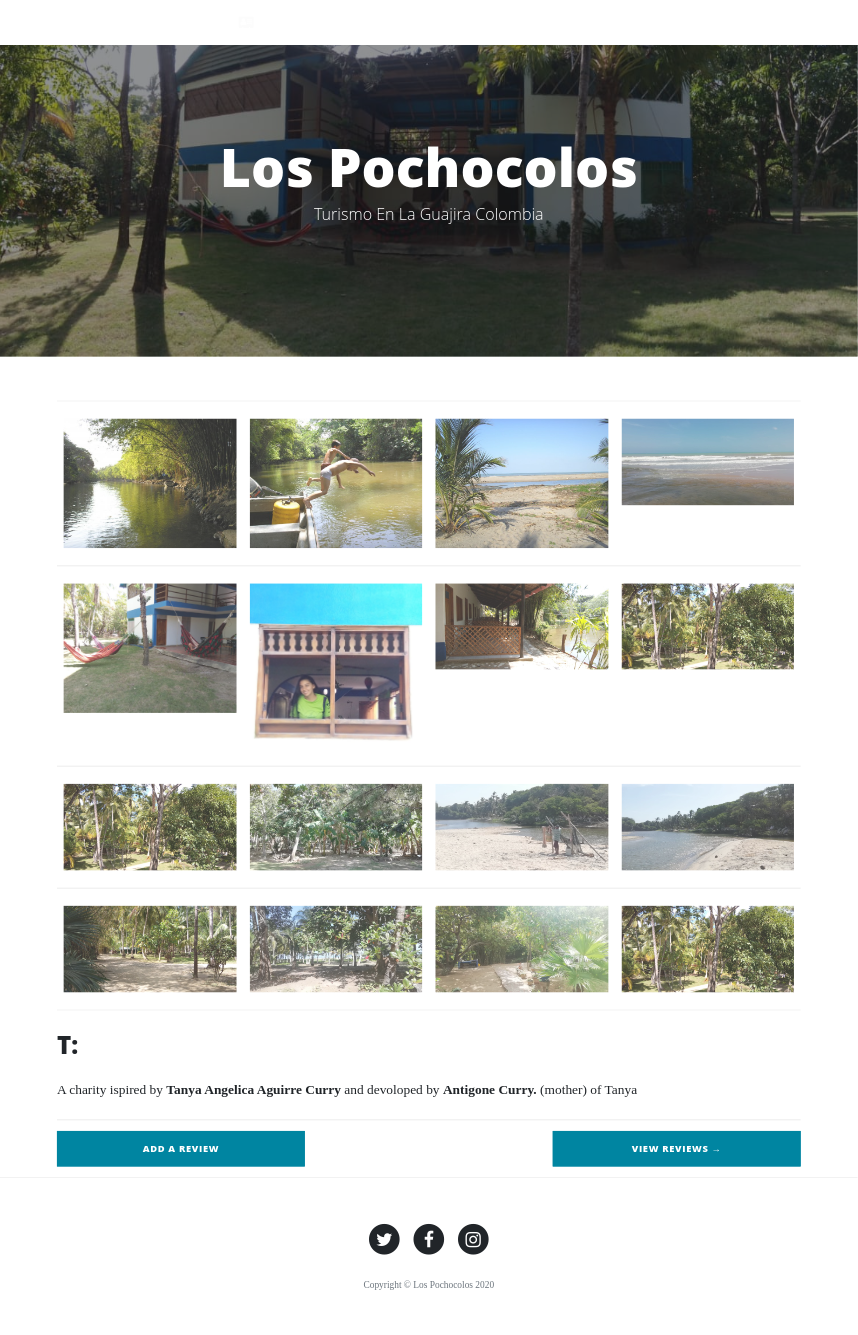
Repository: cachimiro/los-pochoclos
Page: http://localhost/
The author's editor kept a record of every edit. The page is drawn from the files as they stood at one moment, then again after a run of edits.
The browser window is 1280 px wide. The pictures show the whole page, at 67% of full size.
Some web libraries are served in a nearby version. The page is served by the project's application, run on Flask 3 (run.py). Other server files are loaded and not shown. Queries for data that is not in the repository find no rows.

Above is the page before.
Console error: ReferenceError: emailjs is not defined

### templates/index.html

{% extends 'base.html' %} {% block content %}
<style>

.column img {
  opacity: 0.8;
  cursor: pointer;
}

.column img:hover {
  opacity: 1;
}

/* The grid: Four equal columns that floats next to each other */
.column {
  float: left;
  width: 25%;
  padding: 10px;
  height: 25%;
}


/* Clear floats after the columns */
.row:after {
  content: "";
  display: table;
  clear: both;
}

/* The expanding image container */
.expand-image{
  position: relative;
 display:none;
}


/* Closable button inside the expanded image */
.close {
  position: absolute;
  top: 10px;
  right: 15px;
  color: white;
  font-size: 35px;
  cursor: pointer;
}
</style>
<div class="container">
<div class="row">
  {% for index in indexs %}
    <div class="col-sm-12 col-lg-12 col-md-12 ">
        <h3>{{ index.title }}</h3>
        <p>{{ index.subject }}</p>

     {% endfor %}
           </div>
        </div>
        <!--phtos for main house-->
        <hr>
        <div class="container">
                   <div class="row ">
  <div class="column">
    <img src="../static/img/rio-pochocolos.jpg" alt="river" style="width:100%" onclick="expandImage(this);" id="togle">
  </div>
  <div class="column">
    <img src="../static/img/tanya-johann-boat.jpg" alt="river" style="width:100%" onclick="expandImage(this);" id="togle-1">
  </div>
  <div class="column">
    <img src="../static/img/playa-1.jpg" alt="rooms" style="width:100%" onclick="expandImage(this);" id="togle-2">
  </div>
  <div class="column">
    <img src="../static/img-room/mar-1.jpg" alt="rooms" style="width:100%" onclick="expandImage(this);"id="togle-3">
  </div>
</div>
</div>
<div class="container expand-image">
  <span onclick="this.parentElement.style.display='none'" class="close">&times;</span>
  <img id="expandedImg" style="width:100%">
</div>
 <hr>
 <!-- photos for ac rooms-->
  <div class="container">
                   <div class="row ">
  <div class="column">
    <img src="../static/img/casa-amacas.jpg" alt="Amacas" style="width:100%" onclick="expandImageTwo(this);" id="togle-4">
  </div>
  <div class="column">
    <img src="../static/img/yaneli-cosina.jpg" alt="cosine" style="width:100%" onclick="expandImageTwo(this);" id="togle-5">
  </div>
  <div class="column">
    <img src="../static/img-room/cuartos-aira.jpg" alt="Aircon rooms" style="width:100%" onclick="expandImageTwo(this);" id="togle-6">
  </div>
  <div class="column">
    <img src="../static/img-room/vista-frente-casa.jpg" alt="Aircon rooms" style="width:100%" onclick="expandImageTwo(this);"id="togle-7">
  </div>
</div>
</div>
<div class="container expand-image">
  <span onclick="this.parentElement.style.display='none'" class="close">&times;</span>
  <img id="expandedImg-2" style="width:100%">
</div>
 <hr>
 <!--photos for cabin-->
  <div class="container">
                   <div class="row ">
  <div class="column">
    <img src="../static/img-room/vista-frente-casa.jpg" alt="birds" style="width:100%" onclick="expandImageThree(this);" id="togle-8">
  </div>
  <div class="column">
    <img src="../static/img-room/platanera.jpg" alt="cabin" style="width:100%" onclick="expandImageThree(this);" id="togle-9">
  </div>
  <div class="column">
    <img src="../static/img-room/pescador.jpg" alt="cabin" style="width:100%" onclick="expandImageThree(this);" id="togle-10">
  </div>
  <div class="column">
    <img src="../static/img-room/rio-playa.jpg" alt="cabin" style="width:100%" onclick="expandImageThree(this);"id="togle-11">
  </div>
</div>
</div>
<div class="container expand-image">
  <span onclick="this.parentElement.style.display='none'" class="close">&times;</span>
  <img id="expandedImg-3" style="width:100%">
</div>
 <hr>
 <!--photos for camping-->
 <div class="container">
                   <div class="row ">
  <div class="column">
    <img src="../static/img-room/vista.jpg" alt="Cabin" style="width:100%" onclick="expandImageFour(this);" id="togle-12">
  </div>
  <div class="column">
    <img src="../static/img-room/vista-al-mar.jpg" alt="cabin" style="width:100%" onclick="expandImageFour(this);" id="togle-13">
  </div>
  <div class="column">
    <img src="../static/img-room/vista-al-rio.jpg" alt="cabin" style="width:100%" onclick="expandImageFour(this);" id="togle-14">
  </div>
  <div class="column">
    <img src="../static/img-room/vista-frente-casa.jpg" alt="cabin" style="width:100%" onclick="expandImageFour(this);"id="togle-15">
  </div>
</div>
</div>
<div class="container expand-image">
  <span onclick="this.parentElement.style.display='none'" class="close">&times;</span>
  <img id="expandedImg-4" style="width:100%">
</div>
 <hr>

 <!--charity -->
        <div class="post-preview">
            <a href="{{ url_for('charity') }}">
                <h2 class="post-title">
                    T: </h2><p>  A charity ispired by <strong>Tanya Angelica Aguirre Curry</strong> and devoloped by <strong>Antigone Curry.</strong>
                    (mother) of Tanya</p>


        <hr>


        <!-- Pager -->
        <div class="clearfix">
            <a class="btn btn-primary float-right col-sm-6 col-md-4 col-lg-4" href="{{url_for('get_reviews')}} ">view reviews &rarr;</a>
            <a class="btn btn-primary float-left col-sm-6 col-md-4 col-lg-4" href="{{url_for('add_review')}}">Add a review</a>
        </div>
    </div>
</div>
<script>
// for the image galery
// for main rooms
function expandImage(imgs) {
  var expandImg = document.getElementById("expandedImg");
  expandImg.src = imgs.src;
  expandImg.parentElement.style.display = "block";

}
$("#togle").click(function (){
  $("#expandedImg").toggle()
});
$("#togle-1").click(function (){
  $("#expandedImg").toggle()
});
$("#togle-2").click(function (){
  $("#expandedImg").toggle()
});
$("#togle-3").click(function (){
  $("#expandedImg").toggle()
});
// photos for ac rooms
function expandImageTwo(imgs) {
  var expandImgTwo = document.getElementById("expandedImg-2");
  expandImgTwo.src = imgs.src;
  expandImgTwo.parentElement.style.display = "block";
}
$("#togle-4").click(function (){
  $("#expandedImg-2").toggle()
});
$("#togle-5").click(function (){
  $("#expandedImg-2").toggle()
});
$("#togle-6").click(function (){
  $("#expandedImg-2").toggle()
});
$("#togle-7").click(function (){
  $("#expandedImg-2").toggle()
});
// photos for cabin
function expandImageThree(imgs) {
  var expandImgThree = document.getElementById("expandedImg-3");
  expandImgThree.src = imgs.src;
  expandImgThree.parentElement.style.display = "block";
}
$("#togle-8").click(function (){
  $("#expandedImg-3").toggle()
});
$("#togle-9").click(function (){
  $("#expandedImg-3").toggle()
});
$("#togle-10").click(function (){
  $("#expandedImg-3").toggle()
});
$("#togle-11").click(function (){
  $("#expandedImg-3").toggle()
});
function expandImageFour(imgs) {
  var expandImgFour = document.getElementById("expandedImg-4");
  expandImgFour.src = imgs.src;
  expandImgFour.parentElement.style.display = "block";
}
$("#togle-12").click(function (){
  $("#expandedImg-4").toggle()
});
$("#togle-13").click(function (){
  $("#expandedImg-4").toggle()
});
$("#togle-14").click(function (){
  $("#expandedImg-4").toggle()
});
$("#togle-15").click(function (){
  $("#expandedImg-4").toggle()
});
// photos for camping
</script>
{% endblock %}

### templates/base.html
<!DOCTYPE html>
<html lang="en">
<head>
    <meta charset="UTF-8">
    <meta name="viewport" content="width=device-width, initial-scale=1.0">
    <meta http-equiv="X-UA-Compatible" content="ie=edge">
    <link href="https://stackpath.bootstrapcdn.com/font-awesome/4.7.0/css/font-awesome.min.css" rel="stylesheet" integrity="sha384-wvfXpqpZZVQGK6TAh5PVlGOfQNHSoD2xbE+QkPxCAFlNEevoEH3Sl0sibVcOQVnN" crossorigin="anonymous">
    <link href="{{ url_for('static', filename='vendor/bootstrap/css/bootstrap.min.css') }}" rel="stylesheet">
    <link rel="stylesheet" href="{{ url_for('static', filename='css/clean-blog.min.css') }}" type="text/css" />
    <link rel="stylesheet" href="{{ url_for('static', filename='css/style.css') }}" type="text/css" />
    <title>Los Pochocolos</title>
    <script type="text/javascript" src="https://cdn.jsdelivr.net/npm/emailjs-com@2.3.2/dist/email.min.js"></script>
<script type="text/javascript" src="//ajax.googleapis.com/ajax/libs/jquery/2.1.1/jquery.min.js"></script>

<script type="text/javascript" src="https://cdn.jsdelivr.net/npm/emailjs-com@2.3.2/dist/email.min.js"></script>
<script type="text/javascript">
   (function(){
      emailjs.init("user_UmSeo27b55xmNHfUBgKB0");
   })();
</script>
</head>
<body>
    <style>
    /*for login icon*/
        #staff{
            color:#fafafa;
            font-size:20px;
            opacity: 0.5;
            cursor:pointer;
        }
        #staff:hover{
           opacity: 1;
        }
        @media only screen and (max-width: 800px) {
    #staff{
    color: black;
    opacity: 0.3;
  }
}


    </style>
    <!-- Navigation -->
    <nav class="navbar navbar-expand-lg navbar-light fixed-top" id="mainNav">
        <div class="container">
            <a class="navbar-brand" href="{{url_for('index') }}">Finca Los Pochocolos</a>
            <!--login for admin-->
            <a id="staff" href="{{url_for('log') }}" >
            <i class="fa fa-address-card"></i>
            </a>



            <button class="navbar-toggler navbar-toggler-right" type="button" data-toggle="collapse" data-target="#navbarResponsive" aria-controls="navbarResponsive" aria-expanded="false" aria-label="Toggle navigation">
          Menu
          <i class="fa fa-bars"></i>
        </button>
            <div class="collapse navbar-collapse" id="navbarResponsive">
                <ul class="navbar-nav ml-auto">
                    <li class="nav-item">
                        <a class="nav-link" href="{{ url_for('index') }}">Home</a>
                    </li>
                    <li class="nav-item">
                        <a class="nav-link" href="{{ url_for('rooms') }}">Rooms</a>
                    </li>
                    <li class="nav-item">
                        <a class="nav-link" href="{{ url_for('about') }}">About</a>
                    </li>
                    <li class="nav-item">
                        <a class="nav-link" href="{{ url_for('contact') }}">Contact</a>
                    </li>
                       <li class="nav-item">
                        <a class="nav-link" href="{{ url_for('charity') }}">Charity</a>
                    </li>
                </ul>
            </div>
        </div>
    </nav>

    <!-- Page Header -->
   <!--- <header class="masthead" style="background-image: url('https://berakatours.com/wp-content/uploads/2017/09/Avistamiento-Aves-Colombia.jpg')">----->
          <header class="masthead" style="background-image: url('../static/img/casa-pano.jpg')">
        <div class="overlay"></div>
        <div class="container">
            <div class="row">
                <div class="col-lg-8 col-md-10 mx-auto">
                    <div class="site-heading">
                         <h1>Los Pochocolos</h1>
                        <span class="subheading">Turismo En La Guajira Colombia</span>
                    </div>
                </div>
            </div>
        </div>
    </header>

    <!-- Main Content -->
    <div class="container">
        {% block content %} {% endblock %}
    </div>

    <hr>

    <!-- Footer -->
    <footer>
        <div class="container">
            <div class="row">
                <div class="col-lg-8 col-md-10 mx-auto">
                    <ul class="list-inline text-center">
                        <li class="list-inline-item">
                            <a href="#">
                                <span class="fa-stack fa-lg">
                    <i class="fa fa-circle fa-stack-2x"></i>
                    <i class="fa fa-twitter fa-stack-1x fa-inverse"></i>
                  </span>
                            </a>
                        </li>
                        <li class="list-inline-item">
                            <a href="#">
                                <span class="fa-stack fa-lg">
                    <i class="fa fa-circle fa-stack-2x"></i>
                    <i class="fa fa-facebook fa-stack-1x fa-inverse"></i>
                  </span>
                            </a>
                        </li>
                        <li class="list-inline-item">
                            <a href="#">
                                <span class="fa-stack fa-lg">
                    <i class="fa fa-circle fa-stack-2x"></i>
                    <i class="fa fa-instagram fa-stack-1x fa-inverse"></i>
                  </span>
                            </a>



                        </li>
                    </ul>
                    <p class="copyright text-muted">Copyright &copy; Los Pochocolos 2020</p>
                </div>
            </div>
        </div>
    </footer>

    <!-- Bootstrap core JavaScript -->
    <script src="{{ url_for('static', filename='vendor/jquery/jquery.min.js') }}"></script>
    <script src="{{ url_for('static', filename='vendor/bootstrap/js/bootstrap.bundle.min.js') }}"></script>

    <!-- Custom scripts for this template -->
    <script src="{{ url_for('static', filename='js/clean-blog.min.js') }}"></script>

    <!--my js code-->
     <script type="text/javascript" src="https://cdnjs.cloudflare.com/ajax/libs/jquery/3.4.1/jquery.min.js"></script>

     <script src="{{ url_for('static', filename='js/main.js') }}"></script>






</body>
</html>

### run.py
import os
import json
import click
from flask import Flask, render_template, request,redirect, flash, url_for, session
from flask_pymongo import PyMongo
from bson.objectid import ObjectId




app = Flask(__name__)
app.config["MONGO_DBNAME"] = 'reviews'
app.config["MONGO_URI"] = "mongodb+srv://root:Johann@myfirstcluster-ugp0n.mongodb.net/reviews?retryWrites=true&w=majority"

mongo = PyMongo(app)
app.secret_key = "cachimiro"



@app.route('/')
def index():
    return render_template("index.html", indexs=mongo.db.index.find())


@app.route('/update_index')
def update_index_data():
    return render_template("admin-index.html", indexs=mongo.db.index.find())

@app.route('/update_indexs/<index_id>', methods=["POST"])
def update_indexss(index_id):
    index = mongo.db.index
    index.update( {'_id': ObjectId(index_id)},
    {
        'title':request.form.get('title'),
        'subject': request.form.get('subject'),

    })
    return redirect(url_for('Admin_update_reviews_and_more'))


# code to be ble to see reviews
@app.route('/view_reviews')
def get_reviews():
    return render_template("reviews.html", opinions=mongo.db.opinion.find())



        # TODO: write code...
# this line of code will allow costumesr to add reviews
@app.route('/add_review')
def add_review():
    return render_template('add-reviews.html')


@app.route('/add_review', methods=['POST'])
def insert_reviews():
    reviews = mongo.db.opinion
    reviews.insert_one(request.form.to_dict())
    return redirect(url_for('get_reviews'))

# code for conecting templates


@app.route('/about')
def about():
    data = []
    with open("data/company.json", "r") as json_data:
        data = json.load(json_data)
    return render_template("about.html",company=data, abouts=mongo.db.about.find())
# code to be able so the costumer can edit the about section

@app.route('/update_about')
def update_about_data():
    return render_template("admin-about.html", abouts=mongo.db.about.find())


@app.route('/update_about/<about_id>', methods=["POST"])
def update_about(about_id):
    about = mongo.db.about
    about.update( {'_id': ObjectId(about_id)},
    {
        'title':request.form.get('title'),
        'subject': request.form.get('subject'),

    })
    return redirect(url_for('Admin_update_reviews_and_more'))

@app.route('/about/<member_name>')
def about_member(member_name):
    member = {}

    with open("data/company.json", "r") as json_data:
        data = json.load(json_data)
        for obj in data:
            if obj["url"] == member_name:
                member = obj

    return render_template("member.html", member=member)




@app.route('/contact')
def contact():
 return render_template("contact.html", page_title="Contact",)


@app.route('/rooms')
def rooms():
   return render_template("rooms.html", page_title="Rooms",fans=mongo.db.fan.find(),acs=mongo.db.ac.find(),cabins=mongo.db.cabin.find(),camps=mongo.db.camp.find())


# to be able to update the rooms information
@app.route('/update_room')
def update_room_data():
    return render_template("admin-room.html", fans=mongo.db.fan.find())

@app.route('/update_rooms/<fan_id>', methods=["POST"])
def update_rooms(fan_id):
    fan = mongo.db.fan
    fan.update( {'_id': ObjectId(fan_id)},
    {
        'title':request.form.get('title'),
        'price':request.form.get('price'),
        'subject': request.form.get('subject'),

    })
    return redirect(url_for('Admin_update_reviews_and_more'))

@app.route('/update_room_ac')
def update_room_ac():
    return render_template("admin-ac.html", acs=mongo.db.ac.find())

@app.route('/update_rooms_ac/<ac_id>', methods=["POST"])
def update_rooms_ac(ac_id):
    ac = mongo.db.ac
    ac.update( {'_id': ObjectId(ac_id)},
    {
        'title':request.form.get('title'),
        'price':request.form.get('price'),
        'subject':request.form.get('subject'),

    })
    return redirect(url_for('Admin_update_reviews_and_more'))

@app.route('/update_room_cabin')
def update_room_cabin():
    return render_template("admin-cabin.html", cabins=mongo.db.cabin.find())

@app.route('/update_rooms_cabin/<cabin_id>', methods=["POST"])
def update_rooms_cabin(cabin_id):
    cabin = mongo.db.cabin
    cabin.update( {'_id': ObjectId(cabin_id)},
    {
        'title':request.form.get('title'),
        'price':request.form.get('price'),
        'subject':request.form.get('subject'),

    })
    return redirect(url_for('Admin_update_reviews_and_more'))

@app.route('/update_room_camp')
def update_room_camp():
    return render_template("admin-camp.html", camps=mongo.db.camp.find())

@app.route('/update_rooms_camp/<camp_id>', methods=["POST"])
def update_rooms_camp(camp_id):
    camp = mongo.db.camp
    camp.update( {'_id': ObjectId(camp_id)},
    {
        'title':request.form.get('title'),
        'price':request.form.get('price'),
        'subject':request.form.get('subject'),

    })
    return redirect(url_for('Admin_update_reviews_and_more'))
#  code so that the charity information can be diplayed and the the manager can update the information

@app.route('/charity')
def charity():
   return render_template("charity.html", page_title="charity", chas=mongo.db.data_cha.find(), chars=mongo.db.char.find())



@app.route('/update_charity')
def update_charity_info():
    return render_template("admin-charity.html", chars=mongo.db.char.find())


@app.route('/update_charity_info/<char_id>', methods=["POST"])
def update_charity_main(char_id):
    char = mongo.db.char
    char.update( {'_id': ObjectId(char_id)},
    {
        'title':request.form.get('title'),
        'title2':request.form.get('title2'),

    })
    return redirect(url_for('Admin_update_reviews_and_more'))



@app.route('/update_charity_2')
def update_charity_info_2():
    return render_template("admin-2.html",chas=mongo.db.data_cha.find())


@app.route('/update_charity_info_2/<cha_id>', methods=["POST"])
def update_charity_data_1(cha_id):
    data_cha = mongo.db.data_cha
    data_cha.update( {'_id': ObjectId(cha_id)},
    {
        'title':request.form.get('title'),
        'subject':request.form.get('subject'),

    })
    return redirect(url_for('Admin_update_reviews_and_more'))



@app.route('/admin')
def Admin_update_reviews_and_more():
   return render_template("admin.html")

# this line of code is for the managers to update their reviews and delete them
@app.route('/admin_reviews')
def Admin_update_reviews():
   return render_template("admin-reviews.html", opinions=mongo.db.opinion.find())


@app.route('/edit_review/<opinion_id>')
def edit_review(opinion_id):
    the_opinion =  mongo.db.opinion.find_one({"_id": ObjectId(opinion_id)})
    return render_template('update.html', opinion=the_opinion)


@app.route('/update_opinion/<opinion_id>', methods=["POST"])
def update_opinion(opinion_id):
    opinion = mongo.db.opinion
    opinion.update( {'_id': ObjectId(opinion_id)},
    {
        'name':request.form.get('name'),
        'surname':request.form.get('surname'),
        'Title': request.form.get('Title'),
        'Opinion': request.form.get('Opinion'),
        'how_would_you_improve_it':request.form.get('how_would_you_improve_it')
    })
    return redirect(url_for('Admin_update_reviews_and_more'))


@app.route('/delete_opinion/<opinion_id>')
def delete_opinion(opinion_id):
    mongo.db.opinion.remove({'_id': ObjectId(opinion_id)})
    return redirect(url_for('Admin_update_reviews_and_more'))



@app.route('/login')
def log():
    return render_template('login.html')

@app.route('/admin', methods=['GET', 'POST'])
def login():
   error = None
   if request.method == 'POST':
       if request.form['username'] !='tiggy-curry' or request.form['password'] !='Antigone1':
           error = "invalid information please try again."
       else:
           session['logged_in'] = True
           flash('You are in! ')
           return render_template('admin.html')
       return render_template('login.html', error=error)


@app.route('/logout')
def logout():
    session.pop('logged_in', None)
    flash('You are logged out! ')
    return redirect(url_for('log'))




if __name__ == '__main__':
    app.run(host=os.environ.get('IP'),
            port=int(os.environ.get('PORT')),
            debug=True)

### static/css/style.css
.col-md-5 img {
    width: 50%;
    height: 50%;
    margin-top: 30px;
    margin-bottom: 50px;

}

### static/js/main.js
function showMore(id) {
   var truncateReviews = document.getElementById(id+"_truncated");
  var fullReviews = document.getElementById(id+"_full");
  var show = document.getElementById(id+"_show");
document.getElementById(id+"_show");
 if (truncateReviews.style.display =="block") {
   fullReviews.style.display = "block";
   truncateReviews.style.display = "none";
   show.innerText = "Show Less";


 } else{
   truncateReviews.style.display ="block";
   fullReviews.style.display ="none";
   show.innerText = "show More";

 }

 }

 function showMores(ids) {
   var truncateReviewss = document.getElementById(ids+"_truncateded");
  var fullReviewss = document.getElementById(ids+"_fulls");
  var shows = document.getElementById(ids+"_shows");
document.getElementById(ids+"_show");
 if (truncateReviewss.style.display =="block") {
   fullReviewss.style.display = "block";
   truncateReviewss.style.display = "none";
   shows.innerText = "show less";


 } else{
   truncateReviewss.style.display ="block";
   fullReviewss.style.display ="none";
   shows.innerText = "show More";

 }

 }

Loaded but not shown: static/css/clean-blog.min.css (library); static/js/clean-blog.min.js (common file)

After the next 6 edits:
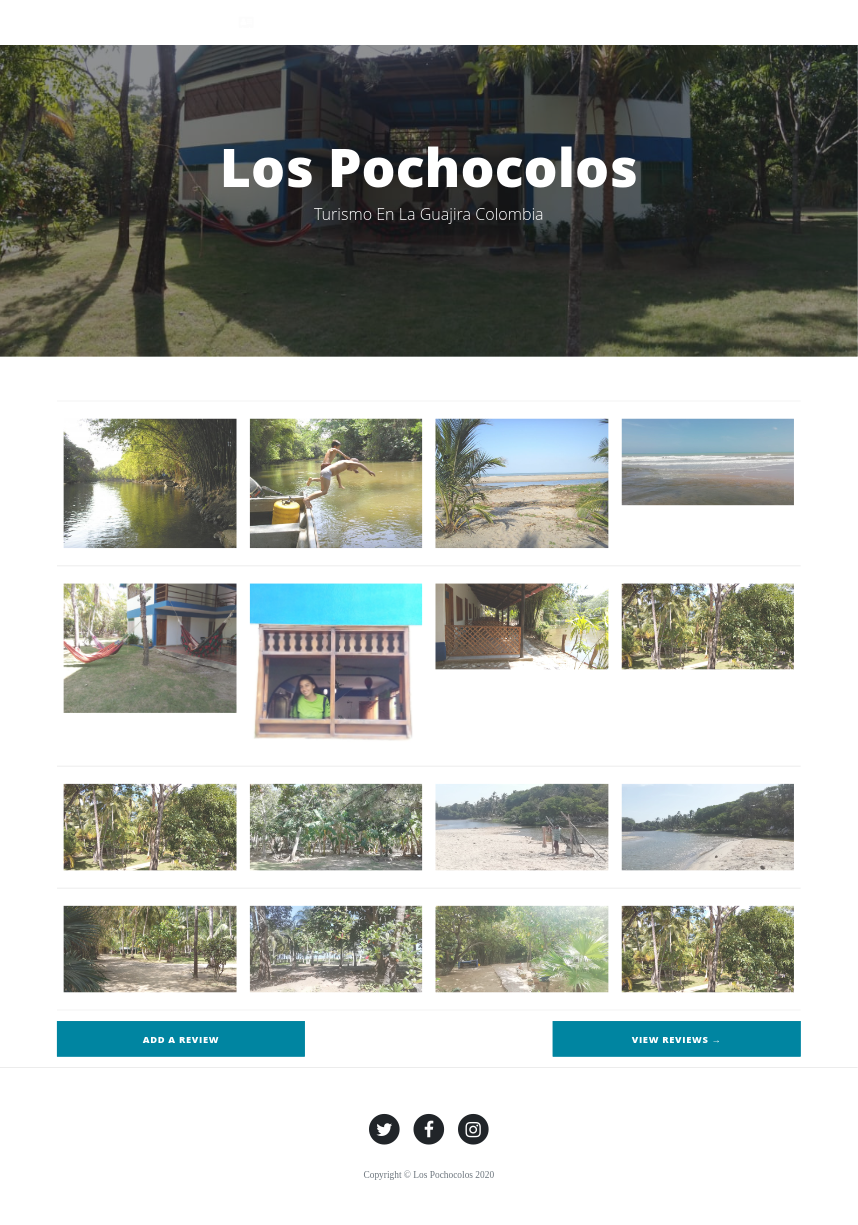
The 6 edits are shown as one change because 5 did not build or start.
The edit:
--- a/templates/index.html
+++ b/templates/index.html
@@ -145,14 +145,7 @@
  <hr>
 
  <!--charity -->
-        <div class="post-preview">
-            <a href="{{ url_for('charity') }}">
-                <h2 class="post-title">
-                    T: </h2><p>  A charity ispired by <strong>Tanya Angelica Aguirre Curry</strong> and devoloped by <strong>Antigone Curry.</strong>
-                    (mother) of Tanya</p>
-
-
-        <hr>
+
 
 
         <!-- Pager -->
